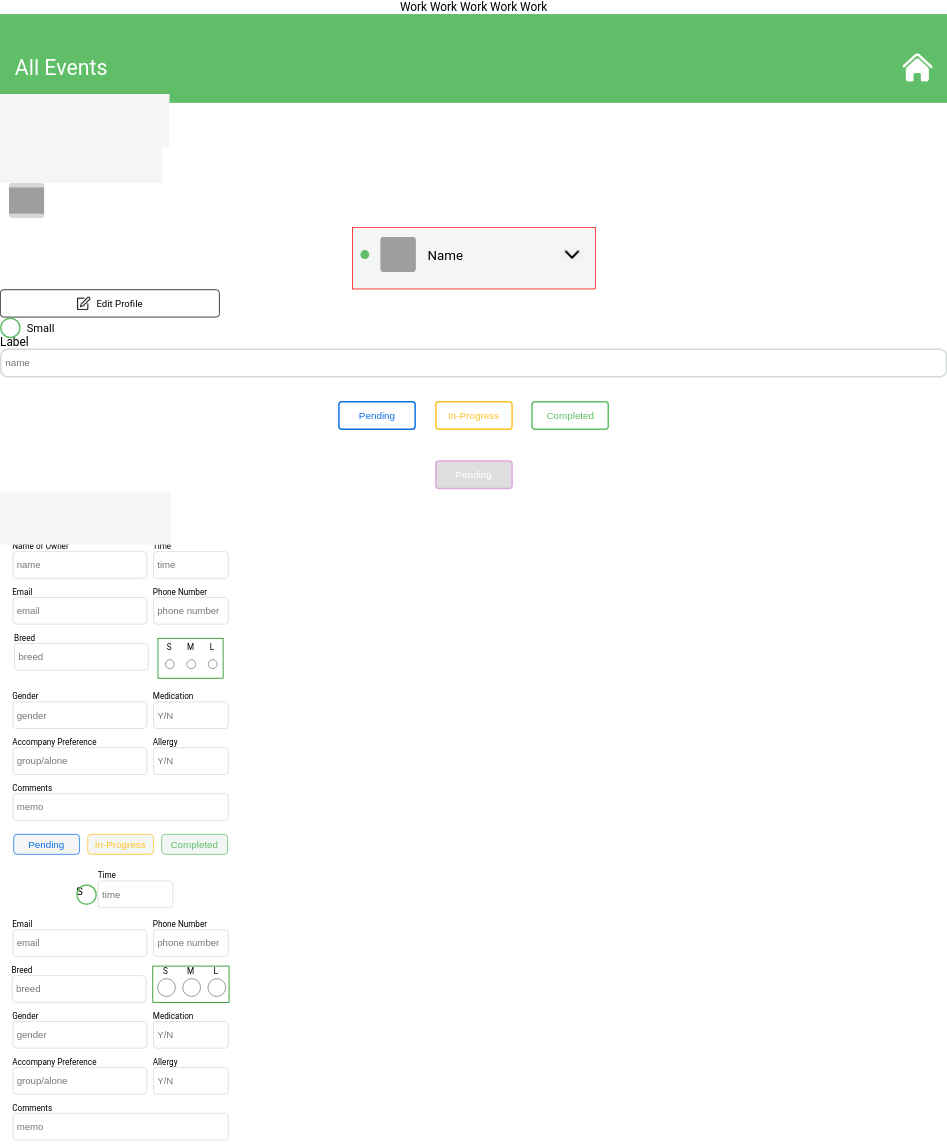
Repository: tanishap11/MDIA3109-Midterm
Page: / (app in midterm/)
The author's editor kept a copy of each file at every save. The page is drawn from the files as they stood at one save, then again after the next save.
The browser window is 1280 px wide. The pictures show the whole page, at 74% of full size.
Pictures or frames that could not be fetched are drawn as grey boxes. The project was rebuilt for these pictures with package versions that can differ from the ones it lists, and the page was loaded fresh each time. Also part of the build but not shown: midterm/src/comps/Avatar/index.js, midterm/src/comps/Dot/index.js.

Above is the page before, as saved 2021-02-04 19:27:14.

### midterm/src/App.js
import './App.scss';
import Main from 'pages/main';

function App() {
  return (
    <div className="App">
      Work Work Work Work Work
      <Main />
    </div>
  );
}

export default App;

### midterm/src/App.scss
.App {
  text-align: center;
  font-family: 'roboto';
}

### midterm/src/pages/main/index.js
import React, { useState, useEffect } from 'react';
import Upload from 'comps/Upload';
import Avatar from 'comps/Avatar';
import Dot from 'comps/Dot';
import Pro_box from 'comps/Pro_box';
import Oliver from '../../image/oliver.jpeg';
import Spotty from '../../image/spotty.png';
import {Pending, Progress, Completed} from 'comps/Dot';
import EditBtn from 'comps/EditButton';
import Banner from 'comps/Banner';
import FliterCheck from 'comps/FliterCheck';
import FilterButton from 'comps/FilterButton';
import ActiveFilterImage from '../../image/filter-active.png';

import Input from 'comps/Input';
import PendingButton from 'comps/ProgressBut/Pending';
import ProgressButton from 'comps/ProgressBut/InProgress';
import CompletedButton from 'comps/ProgressBut/Completed';
import LandingPage from 'comps/ProgressBut/Test';

import Input_box from 'comps/inputBox';
import FilterBox from 'comps/FilterBox';
// require('typeface-roboto');

const Main = () => {

  const [clickedButton, setClickedButton] = useState(null);

  const ButtonColorSelect = (name) =>{
    setClickedButton(name);
  }

  return <div className="main">
    <Banner />
    <FilterButton />
    <FilterButton name="Add" display="none" img=""/>
      <Upload />
      <Pro_box />
      <EditBtn />
      <FliterCheck />
      <Input /> <br/>
      <PendingButton
          colorChange={ButtonColorSelect}
          name="Pending"
        />
        {/* <br/><br/> */}
        <ProgressButton
          colorChange={ButtonColorSelect}
          name="Pending"
        />
        {/* <br/><br/> */}
       <CompletedButton
          colorChange={ButtonColorSelect}
          name="Pending"
        />
        <LandingPage></LandingPage>


      <FilterButton bgcolor="white" border="2px solid #60BE68" color="#60BE68" img={ActiveFilterImage}/>
      <Input_box />


      <FilterBox />
  </div>

}

export default Main;

### midterm/src/comps/Upload/index.js
import React from 'react';
import styled from 'styled-components';
import UploadImage from '../../image/upload.png';

const Container = styled.div`
min-width: ${props=>props.width ? props.width : "48px"};
min-height: ${props=>props.height ? props.height : "48px"};
max-width: ${props=>props.width ? props.width : "48px"};
max-height: ${props=>props.height ? props.height : "48px"};
// display: flex;
// flex-direction: column;
// justify-cotent: center;
align-items: center;
background-image: url(${props=>props.img ? props.img : UploadImage});
background-size: contain;
background-repeat: no-repeat;
background-position: center;
background-color: #D3D9D9;
border-radius: 5px;
margin: 12px;
`;

const Upload = ({width, height, img}) => {
    return <Container width={width} height={height} img={img}>

    </Container>
};

Upload.defaultProps = {
    width: null,
    height: null,
    img: null,
}

export default Upload;

### midterm/src/comps/EditButton/index.js
import React from 'react';
import styled from 'styled-components';
import Edit from '../../image/edit.png';


const Container = styled.div`
min-width: ${props=>props.width ? props.width : "295px"};
min-height: ${props=>props.height ? props.height : "36px"};
max-width: ${props=>props.width ? props.width : "295px"};
max-height: ${props=>props.height ? props.height : "36px"};
background-color: "#ffffff";
border-radius:5px;
border:black solid 1px;
display:flex;
justify-content:center;
align-items:center;
font-size:13px;

`;

const EditIcon = styled.div`
    min-width: ${props=>props.width ? props.width : "18px"};
    min-height: ${props=>props.height ? props.height : "18px"};
    max-width: ${props=>props.width ? props.width : "18px"};
    max-height: ${props=>props.height ? props.height : "18px"};
    background-image: url(${Edit});
    background-size: cover;
    background-repeat: no-repeat;
    background-position: center;
    margin-right:8px;
`;

const textBox = styled.div``;

const EditBtn = ({width, height, bgcolor, img, text}) => {
    return <Container width={width} height={height} bgcolor={bgcolor}>
        <EditIcon />
        <textBox>{text}</textBox>
    </Container>
};

EditBtn.defaultProps = {
    width: null,
    height: null,
    bgcolor: "#ffffff",
    img: null,
    text: "Edit Profile"
}

export default EditBtn;

### midterm/src/comps/Banner/index.js
import React from 'react';
import styled from 'styled-components';
import Home from '../../image/home.png';

const Container = styled.div`
min-width: ${props=>props.width ? props.width : "50%"};
min-height: ${props=>props.height ? props.height : "96px"};
max-width: ${props=>props.width ? props.width : "100vw"};
max-height: ${props=>props.height ? props.height : "auto"};
display: flex;
justify-content:space-between;
align-items: center;
color:${props=>props.bgcolor ? props.bgcolor : "#ffffff"};
background-color: ${props=>props.bgcolor ? props.bgcolor : "#60BE68"};
font-size: 1.8em;
padding:24px 20px 0px 20px;
`;

const HomeIcon = styled.div`
min-width: ${props=>props.width ? props.width : "40px"};
min-height: ${props=>props.height ? props.height : "38px"};
max-width: ${props=>props.width ? props.width : "40px"};
max-height: ${props=>props.height ? props.height : "38px"};
background-image: url(${Home});
background-size: cover;
background-repeat: no-repeat;
background-position: center;
`;

const Banner = ({width, height,color, bgcolor, text}) => {
    return <Container color={color} bgcolor={bgcolor} width={width} height={height}>
        {text}
        <HomeIcon />
    </Container>
};

Banner.defaultProps = {
    width: null,
    height: null,
    color:null,
    bgcolor: null,
    text: "All Events"
}

export default Banner;

### midterm/src/comps/Input/index.js
import React, {useState, useEffect} from 'react';
import styled from 'styled-components';

const Container = styled.div`
display:flex;
text-align:left;
flex-direction:column;
max-width:
`;

const InputBox = styled.input`
min-height:25px;
border-radius: 10px;
border: 2px solid #D3D9D9;
padding:5px;
`;



const Input = ({ title, name, width, height, bgcolor, onInputComplete, onContainerSelect }) => {

    const [username, setUsername] = useState("");




    return <Container OnClick={()=>{
        onContainerSelect(name);
    }} >
        <div className="title">{title}</div>
            <InputBox type='text' placeholder='name' onChange={(e)=>{
                setUsername(e.target.value);
            }}>{}</InputBox>

    </Container>
}

Input.defaultProps = {
    width: null,
    height: null,
    bgcolor: null,
    onInputComplete: () => {},
    onContainerSelect: () => {},
    title:'Label',
}

export default Input;








// const Container = styled.div`
// min-width:${props=>props.width ? props.width : "300px"};
// min-height:${props=>props.height ? props.height : "100px"};
// max-width:${props=>props.width ? props.width : "50%}"};
// max-height:${props=>props.height ? props.height : "300px"};
// padding:10px;
// display: flex;
// flex-direction:column;
// ${props => props.bgcolor && "background-color:"+props.bgcolor+";"}
// & > span {
//     margin:5px;
// }

// `;

// const InputBox = styled.input`
// min-height:25px;
// padding:5px;
// `;

// const Input = ({name}) =>{
//     return <Container>
//         <InputBox>
//             <div>{name}</div>
//         </InputBox>

//     </Container>
// }

// Input.defaultProps = {
//     name:'Comments',
// }

// export default Input;

### midterm/src/comps/ProgressBut/Pending/index.js
import React, {useState, useEffect} from 'react';
import styled from 'styled-components';
// import Button from '@material-ui/core/Button'

// const Button = styled.button`
//     padding: 10px 15px;
//     border-radius:5px;
//     min-height:26px;
//     min-width:90px;
//     color: #0D71E7;
//     border: 2px solid #0D71E7;
//     background-color: #ffffff;
//     cursor:pointer;
// `;

// function PendingButton() {
//     const [color, setColor]=useState('#DDD')
//     function customMe()
//     {
//         setColor('#ADD')
//     }
//     return (
//         <Button
//         color={color}
//         variant="outlined"
//         onClick={()=>customMe()}
//         >Pending
//         </Button>
//     )
// }












const FormButton = styled.button`
padding: 10px 15px;
border-radius:5px;
min-height:26px;
min-width:105px;
max-width:105px;
color: #0D71E7;
border: 2px solid #0D71E7;
background-color: #ffffff;
cursor: pointer;
margin:1%;
`;

const PendingButton = ({ name, width, height, bgcolor, colorChange, onContainerSelect }) => {

    const [username, setUsername] = useState("");
    const [pass, setPass] = useState("");
    const [msg, setMsg] = useState("");
    const [check1, setCheck1] = useState(false);
    const [check2, setCheck2] = useState(false);
    const [check3, setCheck3] = useState(false);


    useEffect(()=>{
        setCheck1(check3);
        setCheck2(check3);
    }, [check3]);

    useEffect(()=>{
        // alert("change bg");
    }, [bgcolor]);


    return<FormButton onClick={()=>{
            colorChange(name);
        }} bgcolor={bgcolor}>
            Pending
    </FormButton>

}

PendingButton.defaultProps = {
    width: null,
    height: null,
    bgcolor: null,
    colorChange: () => {},
}

export default PendingButton;

### midterm/src/comps/ProgressBut/InProgress/index.js
import React, {useState, useEffect} from 'react';
import styled from 'styled-components';
// import Button from '@material-ui/core/Button'

// const Button = styled.button`
//     padding: 10px 15px;
//     border-radius:5px;
//     min-height:26px;
//     min-width:90px;
//     color: #FFC225;
//     border: 2px solid #FFC225;
//     background-color: #ffffff;
//     cursor:pointer;
// `;

// function ProgressButton() {
//     const [color, setColor]=useState('#DDD')
//     function customMe()
//     {
//         setColor('#ADD')
//     }
//     return (
//         <Button
//         color={color}
//         variant="outlined"
//         onClick={()=>customMe()}
//         >Progress
//         </Button>
//     )
// }












const FormButton = styled.button`
padding: 10px 15px;
border-radius:5px;
min-height:26px;
min-width:105px;
max-width:105px;
color: #FFC225;
border: 2px solid #FFC225;
background-color: #ffffff;
cursor: pointer;
margin:1%;
`;

const ProgressButton = ({ name, width, height, bgcolor, colorChange, onContainerSelect }) => {

    const [username, setUsername] = useState("");
    const [pass, setPass] = useState("");
    const [msg, setMsg] = useState("");
    const [check1, setCheck1] = useState(false);
    const [check2, setCheck2] = useState(false);
    const [check3, setCheck3] = useState(false);


    useEffect(()=>{
        setCheck1(check3);
        setCheck2(check3);
    }, [check3]);

    useEffect(()=>{
        // alert("change bg");
    }, [bgcolor]);


    return<FormButton onClick={()=>{
            colorChange(name);
        }} bgcolor={bgcolor}>
            In-Progress
    </FormButton>

}

ProgressButton.defaultProps = {
    width: null,
    height: null,
    bgcolor: null,
    colorChange: () => {},
}

export default ProgressButton;

### midterm/src/comps/ProgressBut/Completed/index.js
import React, {useState, useEffect} from 'react';
import styled from 'styled-components';
// import Button from '@material-ui/core/Button'

// const Button = styled.button`
//     padding: 10px 15px;
//     border-radius:5px;
//     min-height:26px;
//     min-width:90px;
//     color: #60BE68;
//     border: 2px solid #60BE68;
//     background-color: #ffffff;
//     cursor:pointer;
// `;

// function CompletedButton() {
//     const [color, setColor]=useState('#DDD')
//     function customMe()
//     {
//         setColor('#ADD')
//     }
//     return (
//         <Button
//         color={color}
//         variant="outlined"
//         onClick={()=>customMe()}
//         >Completed
//         </Button>
//     )
// }












const FormButton = styled.button`
padding: 10px 15px;
border-radius:5px;
min-height:26px;
min-width:105px;
max-width:105px;
color: #60BE68;
border: 2px solid #60BE68;
background-color: #ffffff;
cursor: pointer;
margin:1%;
`;

const CompletedButton = ({ name, width, height, bgcolor, colorChange, onContainerSelect }) => {

    const [username, setUsername] = useState("");
    const [pass, setPass] = useState("");
    const [msg, setMsg] = useState("");
    const [check1, setCheck1] = useState(false);
    const [check2, setCheck2] = useState(false);
    const [check3, setCheck3] = useState(false);


    useEffect(()=>{
        setCheck1(check3);
        setCheck2(check3);
    }, [check3]);

    useEffect(()=>{
        // alert("change bg");
    }, [bgcolor]);


    return<FormButton onClick={()=>{
            colorChange(name);
        }} bgcolor={bgcolor}>
            Completed
    </FormButton>

}

CompletedButton.defaultProps = {
    width: null,
    height: null,
    bgcolor: null,
    colorChange: () => {},
}

export default CompletedButton;

### midterm/src/comps/ProgressBut/Test/index.js
import React, { Component } from 'react';
import styled from 'styled-components';

const Container = styled.div`
  .buttonthink {
      padding: 10px 15px;
      border-radius:5px;
      min-height:26px;
      min-width:105px;
      max-width:105px;
      color: white;
      border: 2px solid #DAD;
      background-color: #grey;
      cursor: pointer;
      margin:1%;
  }
`;

class LandingPage extends Component {



  constructor(props) {
    super(props);

    this.state = {
      name: '',
      message: '',
      list: [],

      font: "black",
      color: "#dedede"


    }
  }


 onChange = () => {
  var left = document.querySelectorAll(".left");
  if (this.state.color === '#dedede'){
    this.setState({ color: '#DAD' });
  }
  else {
    this.setState({ color: '#dedede' });
  }
}

  render() {
    return <Container className='container'>

      {/* messages will be listed here */}
      <div className='messagesDiv' id='messagesDivId'>
        <ul>
          {/* List array is mapped through*/}
          {this.state.list.map(item => {
            return (
              <li className={(item.name === this.state.name ? 'right' : 'left')}
              style={{ color: this.state.font }}
                key={item.id}
                id={item.id}>
                {item.name}: {item.message}
              </li>
            )
          })}
        </ul>
      </div>

      {/*think, delete options*/}

      <button className='buttonthink' style={{ backgroundColor: this.state.color,  }} onClick={this.onChange}>Pending</button>

    </Container>
  }
}

export default LandingPage;

### midterm/src/comps/inputBox/index.js
import React, { useState, useEffect } from 'react';
import styled from 'styled-components';


const Container = styled.div`
    width: 325px;
    height:auto;
    display:flex;
    flex-direction:column;
    justify-content:center;
    align-items:center;
    // border: solid 1px red;
`;

const InputRow = styled.div`
    display:flex;
    justify-content:center;
    div{
        display:inline-flex;
        flex-direction:column;
        align-items:flex-start;
        margin:6px 4px;
    }
`;
const InputRadio = styled.div`
    display:inline-flex !important;
    flex-direction:row !important;
    border: 1px solid green;
    margin-left: 6px;
    div{
        display:flex;
        align-items:center;
        // margin: 0px -32px;
    }
`;

const InputLabel = styled.label`
    font-size: 11px;

`
const InputForm = styled.input`
    min-width: ${props=>props.width ? props.width : "90px"};
    min-height: ${props=>props.height ? props.height: "28px"};
    max-width: ${props=>props.width ? props.width : "280px"};
    overflow:hidden;
    font-size:13px;
    border: 1px solid #D3D9D9;
    border-radius:5px;
    min-height:25px;
    padding:5px;

`;

const InputRadioForm = styled.input`
    overflow:hidden;
    font-size:13px;
    border: 1px solid #D3D9D9;
    border-radius:5px;
    min-height:25px;
    padding:5px;
`;
export const Pending = "#0D71E7";
export const Progress = "#FFC225";
export const Completed = "#60BE68";

const ButtonRow = styled.div`
    display:flex;
    align-items:space-between;
    justify-contents:center;
`;
const ProcessBtn = styled.button`
    min-width: ${props=>props.width ? props.width : "90px"};
    min-height: ${props=>props.height ? props.height: "28px"};
    border: ${props=>props.bdcolor ?  "1px solid"+props.bdcolor+";" : "none"};
    border-radius:5px;
    color:${props=>props.ftcolor ? props.ftcolor : "#F4F6F6" };
    background-color:${props=>props.bgcolor ?  "#F4F6F6" : props.bgcolor};
    :active, :focus{
        background-color:${props=>props.bgcolor ? props.bgcolor : "#F4F6F6"};
        color:${props=>props.ftcolor ? "#F4F6F6" : props.ftcolor};
    }
    margin:12px 5px 16px 5px;
`;


const Input_box = ({ width, height,text, bgcolor, bdcolor, ftcolor, onBtnSelect}) => {

    return <Container width={width} height={height}>
        <InputRow>
            <div>
                <InputLabel for="owner" >Name of Owner</InputLabel>
                <InputForm width="170px" height={height}  type='text' placeholder='name' />
            </div>
            <div>
                <InputLabel for="time" >Time</InputLabel>
                <InputForm width="90px" height={height}  type='text' placeholder='time' />
            </div>
        </InputRow>
        <InputRow>
            <div>
                <InputLabel for="email" >Email</InputLabel>
                <InputForm width="170px" height={height}  type='text' placeholder='email' />
            </div>
            <div>
                <InputLabel for="phone" >Phone Number</InputLabel>
                <InputForm width="90px" height={height}  type='text' placeholder='phone number' />
            </div>
        </InputRow>
        <InputRow>
            <div>
                <InputLabel for="breed" >Breed</InputLabel>
                <InputForm width="170px" height={height}  type='text' placeholder='breed' />
            </div>
            <div>
                <InputRadio>
                    <div>
                        <InputLabel for="size" >S</InputLabel>
                        <InputRadioForm type='radio' value='small' />
                    </div>
                    <div>
                        <InputLabel for="size" >M</InputLabel>
                        <InputRadioForm  type='radio' value='medium' />
                    </div>
                    <div>
                        <InputLabel for="size" >L</InputLabel>
                        <InputRadioForm type='radio' value='large' />
                    </div>
                </InputRadio>
            </div>
        </InputRow>

        <InputRow>
            <div>
                <InputLabel for="gender" >Gender</InputLabel>
                <InputForm width="170px" height={height}  type='text' placeholder='gender' />
            </div>
            <div>
                <InputLabel for="medication" >Medication</InputLabel>
                <InputForm width="90px" height={height}  type='text' placeholder='Y/N' />
            </div>
        </InputRow>
        <InputRow>
            <div>
                <InputLabel for="preference" >Accompany Preference</InputLabel>
                <InputForm width="170px" height={height}  type='text' placeholder='group/alone' />
            </div>
            <div>
                <InputLabel for="allergy" >Allergy</InputLabel>
                <InputForm width="90px" height={height}  type='text' placeholder='Y/N' />
            </div>
        </InputRow>
        <InputRow>
            <div>
                <InputLabel for="comments" >Comments</InputLabel>
                <InputForm width="280px" height="auto"  type='text' placeholder='memo' />
            </div>
        </InputRow>

        <ButtonRow>
            <ProcessBtn onClick={()=>{
                // onBtnSelect("bg");
            }}
             bgcolor={Pending} bdcolor={Pending} ftcolor={Pending} >Pending</ProcessBtn>
            <ProcessBtn bgcolor={Progress} bdcolor={Progress} ftcolor={Progress} >In-Progress</ProcessBtn>
            <ProcessBtn bgcolor={Completed} bdcolor={Completed} ftcolor={Completed} >Completed</ProcessBtn>
        </ButtonRow>

    </Container>
};

Input_box.defaultProps = {
    width: null,
    height: null,
    text:"label",
    bgcolor:null,
    bdcolor:null,
    ftcolor:"#FFC225"
}

export default Input_box;

Loaded but not shown: midterm/public/index.html (common file); midterm/src/index.js (common file); midterm/src/index.css (common file); midterm/src/reportWebVitals.js (common file); midterm/src/comps/Pro_box/index.js (177 lines, source omitted); midterm/src/comps/FilterBox/index.js (175 lines, source omitted); midterm/src/comps/FilterButton/index.js (178 lines, source omitted); midterm/src/comps/FliterCheck/index.js (93 lines, source omitted)

After the next save:
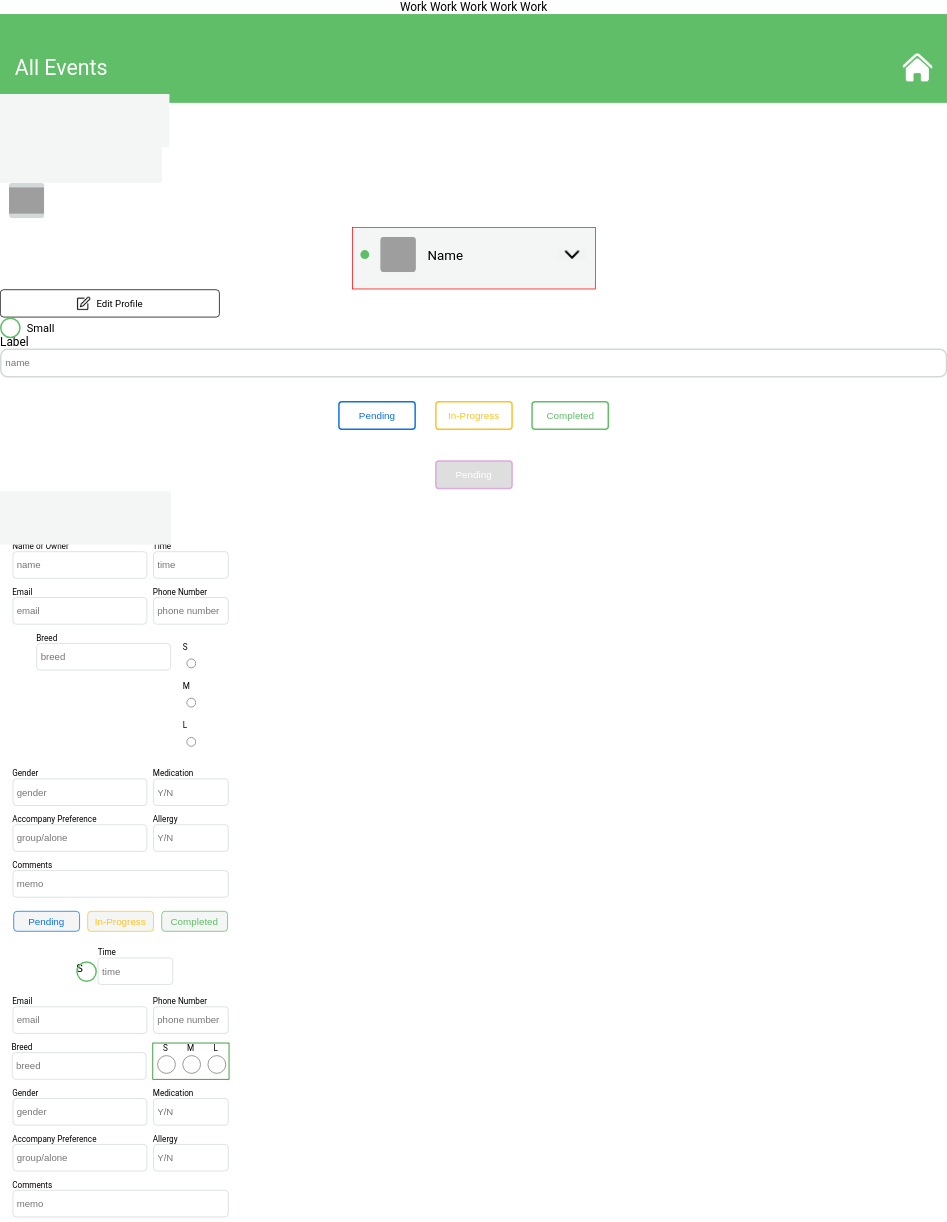
Saved 19 s later.
--- a/midterm/src/comps/inputBox/index.js
+++ b/midterm/src/comps/inputBox/index.js
@@ -23,15 +23,15 @@ const InputRow = styled.div`
     }
 `;
 const InputRadio = styled.div`
-    display:inline-flex !important;
-    flex-direction:row !important;
-    border: 1px solid green;
-    margin-left: 6px;
-    div{
-        display:flex;
-        align-items:center;
-        // margin: 0px -32px;
-    }
+    // display:inline-flex !important;
+    // flex-direction:row !important;
+    // border: 1px solid green;
+    // margin-left: 6px;
+    // div{
+    //     display:flex;
+    //     align-items:center;
+    //     // margin: 0px -32px;
+    // }
 `;
 
 const InputLabel = styled.label`
